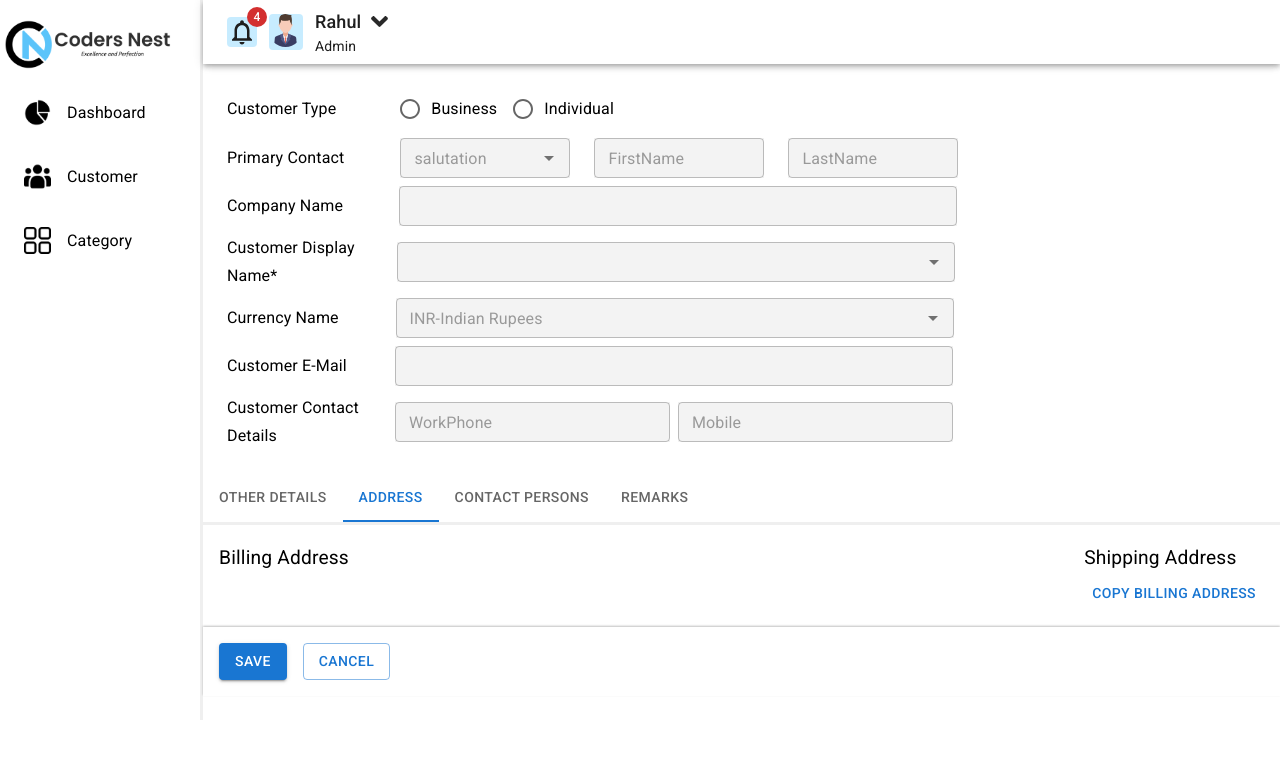
Repository: wajahadalishaik04/CN_Books
Page: /newcustomer, after clicking the first element matching `div.MuiTabs-list > :nth-child(2)`
An editor plug-in stored every save of this project. The page is shown before and after the next save, followed by the edit.
The browser window is 1280 px wide. The pictures show the whole page.
The project was rebuilt for these pictures with package versions that can differ from the ones it lists, and the page was loaded fresh each time. Also part of the build but not shown: vite.config.js, src/pages/LoginScreen.jsx, src/pages/Signin.jsx, src/pages/OtpScreen.jsx, src/pages/SignUp.jsx, src/pages/VerifyScreen.jsx, src/components/Content.jsx, src/pages/DashboardScreen.jsx and 4 more.

Above is the page before, as saved 2024-09-18 01:00:33.

### index.html
<!DOCTYPE html>
<html lang="en">
  <head>
    <meta charset="UTF-8" />
    <link rel="preconnect" href="https://fonts.googleapis.com" />
    <link rel="preconnect" href="https://fonts.gstatic.com" crossorigin />
    <link
      rel="stylesheet"
      href="https://fonts.googleapis.com/css2?family=Roboto:wght@300;400;500;700&display=swap"
    />

    <meta name="viewport" content="width=device-width, initial-scale=1.0" />
    <title>CN_BOOKS</title>
  </head>
  <body>

    <div id="root"></div>
    <script type="module" src="/src/main.jsx"></script>
  </body>
</html>

### src/main.jsx
import { createRoot } from 'react-dom/client'
import App from './App.jsx'
import { Provider } from 'react-redux'
import store from './store/store.js'
import './styles/index.css'
createRoot(document.getElementById('root')).render(
 <Provider store={store}>
   <App />
 </Provider>
)

### src/styles/index.css
*
{
    margin: 0;
    padding: 0;
    border: none;

}

### src/pages/WrapComponent.jsx
import { Box } from "@mui/material";
import React from "react";
import SideBar from "../components/SideBar";
import Header from "../components/Header";
import { Outlet } from "react-router-dom";

const WrapComponent = () => {
  return (
    <>
      <Box sx={{ display: "flex" }}>
        <SideBar />
        <Box flex={1}>
          <Header />
          <Outlet/>
        </Box>
      </Box>
    </>
  );
};

export default WrapComponent;

### src/pages/customerscreens/NewCustomer.jsx
import { BorderColor, CloudUpload } from "@mui/icons-material";
import {
  Box,
  Typography,
  Button,
  Tabs,
  Tab,
  FormControl,
  InputLabel,
  Select,
  MenuItem,
  TextField,
  RadioGroup,
  FormControlLabel,
  Radio,
  Autocomplete,
  styled,
  Checkbox,
} from "@mui/material";
import React, { useState } from "react";
import { Link } from "react-router-dom";


const NewCustomer = () => {
  const StyledTextField = styled(TextField)({
    backgroundColor: "#F3F3F3",
    color: "#939393",

    "&:hover": {
      backgroundColor: "#F3F3F3",
    },
    "& .MuiOutlinedInput-root": {
      "&.Mui-focused": {
        backgroundColor: "#EBF9FF", // Focused background color
        borderColor: "#5BC4FA", // Focused border color
      },
    },
  });

  // customer Type Radio
  const [value, setValue] = React.useState("");
  const handleChange = (event) => {
    setValue(event.target.value);
  };
  // primary contact:salutaion Inputfield
  const salutationOpt = ["Salutation1", "Salutation2"];
  const salutationName = {
    options: salutationOpt,
    getOptionLabel: (option) => option,
  };
  // customer Display Name Inputfield
  const customerDisplayNameOpt = ["Usman", "Ameeruddin"];
  const customerDisplayName = {
    options: customerDisplayNameOpt,
    getOptionLabel: (option) => option,
  };
  // currency Name Inputfield
  const currencyNameOpt = ["INR-Indian Rupees", "USD-United State Dollar"];
  const currencyName = {
    options: currencyNameOpt,
    getOptionLabel: (option) => option,
  };

  // Gst Treatment Name Inputfield
  const GstTreatmentNameOpt = ["OFFLINE", "ONLINE"];
  const GstTreatmentName = {
    options: GstTreatmentNameOpt,
    getOptionLabel: (option) => option,
  };
  // place Of Supply Name Inputfield
  const placeofSupplyNameOpt = ["ANDHRAPRADESH", "GUJARAT", "TAMILNADU"];
  const placeofSupplyName = {
    options: placeofSupplyNameOpt,
    getOptionLabel: (option) => option,
  };
  // Tax Exempt Type Radio
  const [taxvalue, setTaxValue] = React.useState("");
  const taxhandleChange = (event) => {
    setTaxValue(event.target.value);
  };
  // payment Terms Inputfield
  const paymentTermsOpt = ["30days", "60days"];
  const paymentTerms = {
    options: paymentTermsOpt,
    getOptionLabel: (option) => option,
  };
  // portal Language Inputfield
  const portalLanguageOpt = ["English", "Hindi", "Tamil", "Urdu"];
  const portalLanguage = {
    options: portalLanguageOpt,
    getOptionLabel: (option) => option,
  };
  // documents upload
  const VisuallyHiddenInput = styled("input")({
    clip: "rect(0 0 0 0)",
    clipPath: "inset(50%)",
    height: 1,
    overflow: "hidden",
    position: "absolute",
    bottom: 0,
    left: 0,
    whiteSpace: "nowrap",
    width: 1,
  });

  // menu Tabs section
  const [tabsValue, setTabsValue] = useState(0);

  const handleTabChange = (event, newValue) => {
    setTabsValue(newValue);
  };

  return (
    <Box sx={{ display: "flex", height: "100vh" }}>
      <Box sx={{ flexGrow: 1 }}>
        <Box padding={3}>
          {/* Customer Type */}
          <Box sx={{ display: "flex", gap: 8, alignItems: "center" }}>
            <Typography>Customer Type</Typography>
            <FormControl>
              <RadioGroup row value={value} onChange={handleChange}>
                <FormControlLabel
                  value="Business"
                  control={<Radio />}
                  label="Business"
                />
                <FormControlLabel
                  value="Individual"
                  control={<Radio />}
                  label="Individual"
                />
              </RadioGroup>
            </FormControl>
          </Box>
          {/* primary Contact Input Field */}
          <Box
            sx={{
              display: "flex",
              mt: 1,
              alignItems: "center",
              gap: 7,
              fontWeight: 400,
            }}
          >
            <Typography variant="subtitle1">Primary Contact</Typography>
            <Box
              sx={{ display: "flex", justifyContent: "space-between", gap: 3 }}
            >
              <Autocomplete
                size="small"
                {...salutationName}
                id="salutationName"
                disableClearable
                renderInput={(params) => (
                  <StyledTextField
                    sx={{ width: 170 }}
                    size="small"
                    placeholder="salutation"
                    {...params}
                    variant="outlined"
                  />
                )}
              />
              <StyledTextField
                size="small"
                sx={{ width: 170 }}
                placeholder="FirstName"
              />
              <StyledTextField
                size="small"
                sx={{ width: 170 }}
                placeholder="LastName"
              />
            </Box>
          </Box>
          {/* company Name Input Field */}
          <Box
            sx={{
              display: "flex",
              mt: 1,
              alignItems: "center",
              gap: 7,
              fontWeight: 400,
            }}
          >
            <Typography variant="subtitle1">Company Name</Typography>
            <Box width={558}>
              <StyledTextField fullWidth size="small" />
            </Box>
          </Box>
          {/* customer Display Name Input Field  */}
          <Box
            sx={{
              display: "flex",
              mt: 1,
              alignItems: "center",
              gap: 5.3,
              fontWeight: 400,
            }}
          >
            <Typography variant="subtitle1">
              Customer Display<br></br> Name*
            </Typography>
            <Box width={558}>
              <Autocomplete
                size="small"
                {...customerDisplayName}
                id="customerDisplayName"
                disableClearable
                renderInput={(params) => (
                  <StyledTextField
                    fullWidth
                    size="small"
                    {...params}
                    variant="outlined"
                  />
                )}
              />
            </Box>
          </Box>
          {/* Currency Input Field */}
          <Box
            sx={{
              display: "flex",
              mt: 1,
              alignItems: "center",
              gap: 7.1,
              fontWeight: 400,
            }}
          >
            <Typography variant="subtitle1">Currency Name</Typography>
            <Box width={558}>
              <Autocomplete
                size="small"
                {...currencyName}
                id="currencyName"
                disableClearable
                renderInput={(params) => (
                  <StyledTextField
                    placeholder="INR-Indian Rupees"
                    fullWidth
                    size="small"
                    {...params}
                    variant="outlined"
                  />
                )}
              />
            </Box>
          </Box>
          {/* Customer E-mail Input Field */}
          <Box
            sx={{
              display: "flex",
              mt: 1,
              alignItems: "center",
              gap: 6,
              fontWeight: 400,
            }}
          >
            <Typography variant="subtitle1">Customer E-Mail</Typography>
            <Box width={558}>
              <StyledTextField fullWidth size="small" />
            </Box>
          </Box>
          {/* Customer Contact Details Input Field */}
          <Box
            sx={{
              display: "flex",
              mt: 1,
              alignItems: "center",
              gap: 4.5,
              fontWeight: 400,
            }}
          >
            <Typography variant="subtitle1">
              Customer Contact<br></br> Details
            </Typography>
            <Box width={558} display={"flex"} gap={1}>
              <StyledTextField
                size="small"
                sx={{ width: 279 }}
                placeholder="WorkPhone"
              />
              <StyledTextField
                size="small"
                sx={{ width: 279 }}
                placeholder="Mobile"
              />
            </Box>
          </Box>
        </Box>
        {/* Tab Section */}
        <Tabs
          sx={{ borderBottom: "3px solid #EFEFEF" }}
          value={tabsValue}
          onChange={handleTabChange}
        >
          <Tab label="Other Details" />
          <Tab label="Address" />
          <Tab label="Contact Persons" />
          <Tab label="Remarks" />
        </Tabs>
        {tabsValue === 0 && (
          <Box sx={{ padding: 2 }}>
            {/* GST Treatment */}
            <Box
              sx={{
                display: "flex",
                mt: 1,
                alignItems: "center",
                gap: 7.1,
                fontWeight: 400,
              }}
            >
              <Typography variant="subtitle1">Gst Treatment*</Typography>
              <Box width={558}>
                <Autocomplete
                  size="small"
                  {...GstTreatmentName}
                  id="GstTreatmentName"
                  disableClearable
                  renderInput={(params) => (
                    <StyledTextField
                      placeholder="Select a GST treatment"
                      fullWidth
                      size="small"
                      {...params}
                      variant="outlined"
                    />
                  )}
                />
              </Box>
            </Box>
            {/* Place of Supply */}
            <Box
              sx={{
                display: "flex",
                mt: 1,
                alignItems: "center",
                gap: 6,
                fontWeight: 400,
              }}
            >
              <Typography variant="subtitle1">Place of Supply*</Typography>
              <Box width={558}>
                <Autocomplete
                  size="small"
                  {...placeofSupplyName}
                  id="placeofSupplyName"
                  disableClearable
                  renderInput={(params) => (
                    <StyledTextField
                      required
                      fullWidth
                      size="small"
                      {...params}
                      variant="outlined"
                    />
                  )}
                />
              </Box>
            </Box>
            {/* pan Input field */}

            <Box
              sx={{
                display: "flex",
                mt: 1,
                alignItems: "center",
                gap: 17.3,
                fontWeight: 400,
              }}
            >
              <Typography variant="subtitle1">Pan</Typography>
              <Box width={558}>
                <StyledTextField fullWidth size="small" />
              </Box>
            </Box>
            {/* Tax Preference Input Field */}
            <Box sx={{ display: "flex", gap: 7, mt: 1, alignItems: "center" }}>
              <Typography>Tax Preference*</Typography>
              <FormControl>
                <RadioGroup row value={taxvalue} onChange={taxhandleChange}>
                  <FormControlLabel
                    value="Business"
                    control={<Radio />}
                    label="Taxable"
                  />
                  <FormControlLabel
                    value="Individual"
                    control={<Radio />}
                    label="Tax Exempt"
                  />
                </RadioGroup>
              </FormControl>
            </Box>
            {/* payment Terms input field */}
            <Box
              sx={{
                display: "flex",
                mt: 1,
                alignItems: "center",
                gap: 6.5,
                fontWeight: 400,
              }}
            >
              <Typography variant="subtitle1">Payment Terms</Typography>
              <Box width={558}>
                <Autocomplete
                  size="small"
                  {...paymentTerms}
                  id="paymentTerms"
                  disableClearable
                  renderInput={(params) => (
                    <StyledTextField
                      placeholder="Due on Receipt"
                      fullWidth
                      size="small"
                      {...params}
                      variant="outlined"
                    />
                  )}
                />
              </Box>
            </Box>
            {/* Enable portal Access */}
            <Box sx={{ display: "flex", gap: 8, mt: 1, alignItems: "center" }}>
              <Typography>Enable Portal?</Typography>
              <FormControlLabel
                sx={{ color: "#939393" }}
                control={<Checkbox />}
                label="Allow Portal access for this customer"
              />
            </Box>
            {/* Portal Language */}
            <Box
              sx={{
                display: "flex",
                mt: 1,
                alignItems: "center",
                gap: 6,
                fontWeight: 400,
              }}
            >
              <Typography variant="subtitle1">portal Language </Typography>
              <Box width={558}>
                <Autocomplete
                  size="small"
                  {...portalLanguage}
                  id="portalLanguage"
                  disableClearable
                  renderInput={(params) => (
                    <StyledTextField
                      placeholder="Select Portal Language"
                      fullWidth
                      size="small"
                      {...params}
                      variant="outlined"
                    />
                  )}
                />
              </Box>
            </Box>
            {/* Upload Documents */}
            <Box
              sx={{
                display: "flex",
                mt: 2,
                alignItems: "center",
                gap: 11,
                fontWeight: 400,
              }}
            >
              <Typography variant="subtitle1">Documents </Typography>
              <Box display={"flex"} flexDirection={"column"}>
                <Button
                  sx={{
                    width: 180,
                    backgroundColor: "#F3F3F3",
                    color: "#939393",
                  }}
                  component="label"
                  role={undefined}
                  variant="contained"
                  tabIndex={-1}
                  startIcon={<CloudUpload />}
                >
                  Upload files
                  <VisuallyHiddenInput
                    type="file"
                    onChange={(event) => console.log(event.target.files)}
                    multiple
                  />
                </Button>
                <Typography variant="caption" color="#939393">
                  You can upload the maximum of 3 files, 10MB each
                </Typography>
              </Box>
            </Box>
            {/* website url Document */}

            <Box
              sx={{
                display: "flex",
                mt: 1,
                alignItems: "center",
                gap: 10.5,
                fontWeight: 400,
              }}
            >
              <Typography variant="subtitle1">Documents</Typography>
              <Box width={558}>
                <StyledTextField
                  placeholder="Website Url"
                  type="url"
                  fullWidth
                  size="small"
                />
              </Box>
            </Box>
            {/* Department InputField */}
            <Box
              sx={{
                display: "flex",
                mt: 1.5,
                alignItems: "center",
                gap: 10,
                fontWeight: 400,
              }}
            >
              <Typography variant="subtitle1">Department</Typography>
              <Box width={558}>
                <StyledTextField

                  fullWidth
                  size="small"
                />
              </Box>
            </Box>
            {/* customer Owner */}
            <Box
              sx={{
                display: "flex",
                mt: 4,
                marginBottom:3,

                alignItems: "center",
                gap:5,
                fontWeight: 400,
              }}
            >
              <Typography variant="subtitle1">Customer Owner:</Typography>
              <Box  sx={{display:"flex", alignItems:"center"}}>
                <Typography color="#939393"  variant="caption">Assign a user as the customer owner to provide access only to the data of this customer.<Box component={Link} sx={{color:"#5BC4FA",textDecoration:"none"}}>Learn more</Box></Typography>
              </Box>
            </Box>
          </Box>
        )}
        {tabsValue === 1 && (
          <Box sx={{ padding: 2 }}>
           {/* Billing & shipping Address */}
           <Box sx={{display:"flex",justifyContent:"space-between"}}>
            <Typography variant="subtitle1"fontSize={"1.2rem"}>Billing Address</Typography>
            <Box sx>
            <Typography variant="subtitle1"fontSize={"1.2rem"}>Shipping Address</Typography>
            <Button variant="text">Copy billing Address </Button>
            </Box>
            </Box>
          </Box>
        )}
        {/* footerButtons */}
        <Box sx={{ display: "flex",p:2,boxShadow:"0 -1px 2px #00000040" }}>
          <Button variant="contained" sx={{ marginRight: 2 }}>
            Save
          </Button>
          <Button variant="outlined">Cancel</Button>
        </Box>
      </Box>
    </Box>
  );
};

export default NewCustomer;

Loaded but not shown: src/utils/ImgUtils.js (33 lines, source omitted); src/store/reducer.js (9 lines, source omitted); src/store/store.js (7 lines, source omitted); src/components/Header.jsx (82 lines, source omitted); src/components/SideBar.jsx (103 lines, source omitted); src/App.jsx (48 lines, source omitted)

After the next save:
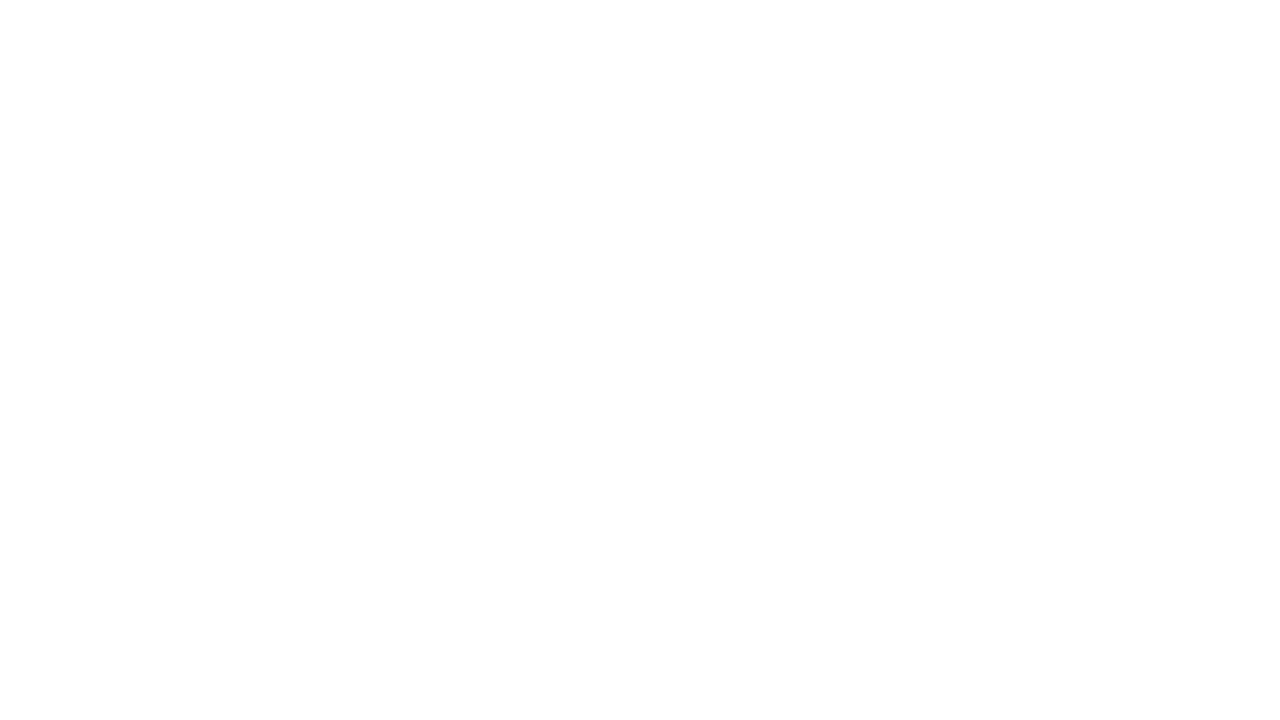
Console error: ReferenceError: displ is not defined
Saved 4 s later.
--- a/src/pages/customerscreens/NewCustomer.jsx
+++ b/src/pages/customerscreens/NewCustomer.jsx
@@ -561,7 +561,7 @@
            {/* Billing & shipping Address */}
            <Box sx={{display:"flex",justifyContent:"space-between"}}>
             <Typography variant="subtitle1"fontSize={"1.2rem"}>Billing Address</Typography>
-            <Box sx>
+            <Box sx={{displ}}>
             <Typography variant="subtitle1"fontSize={"1.2rem"}>Shipping Address</Typography>
             <Button variant="text">Copy billing Address </Button>
             </Box>

After the save that followed:
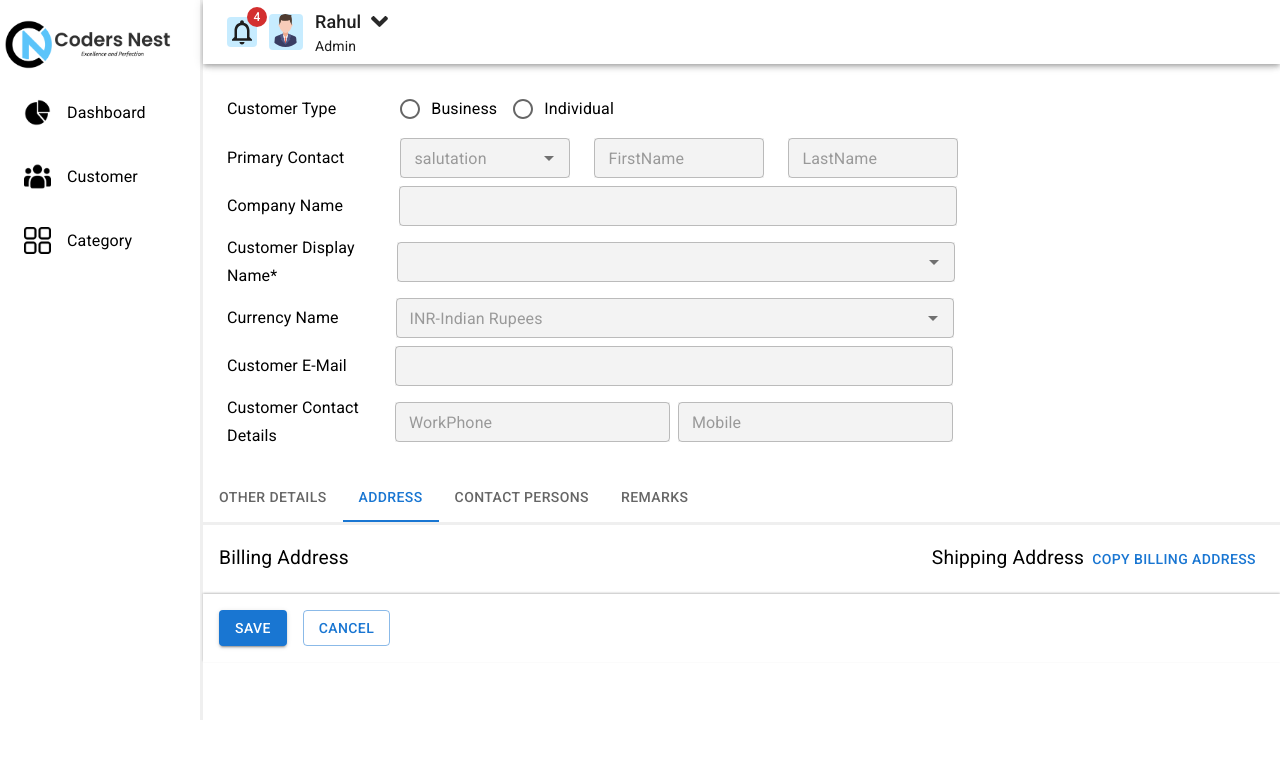
The error is gone.
Saved 5 s later.
--- a/src/pages/customerscreens/NewCustomer.jsx
+++ b/src/pages/customerscreens/NewCustomer.jsx
@@ -561,7 +561,7 @@
            {/* Billing & shipping Address */}
            <Box sx={{display:"flex",justifyContent:"space-between"}}>
             <Typography variant="subtitle1"fontSize={"1.2rem"}>Billing Address</Typography>
-            <Box sx={{displ}}>
+            <Box sx={{display:"flex"}}>
             <Typography variant="subtitle1"fontSize={"1.2rem"}>Shipping Address</Typography>
             <Button variant="text">Copy billing Address </Button>
             </Box>
